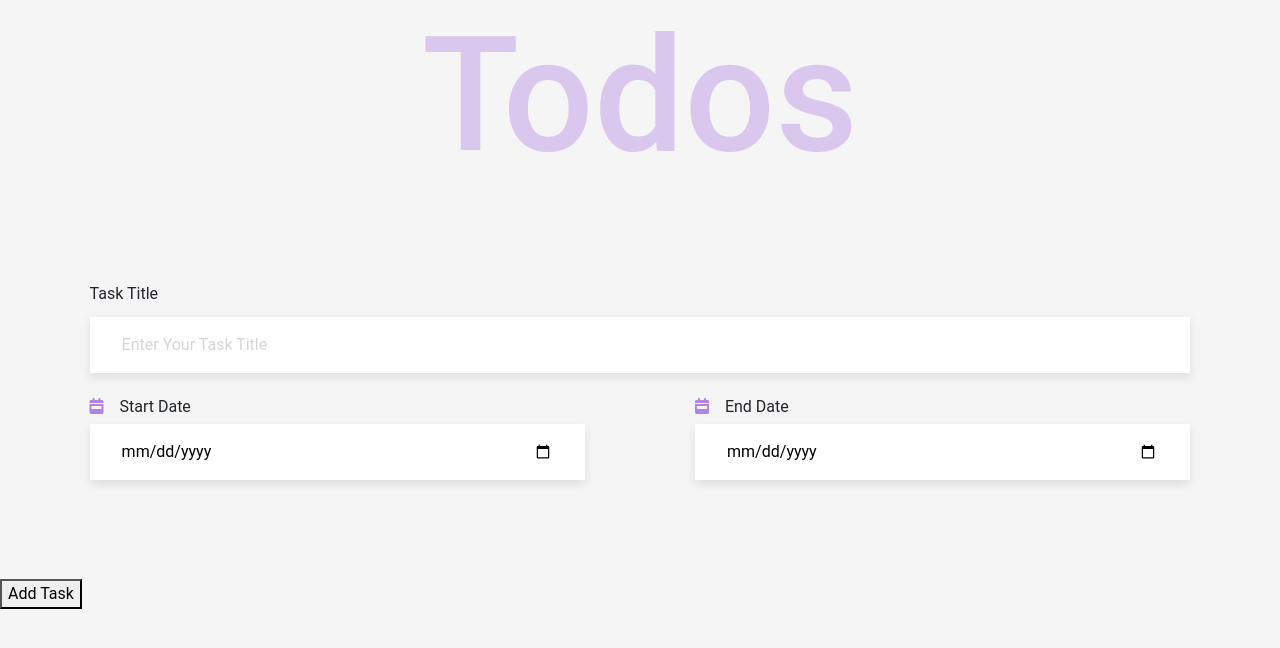
Repository: Surahailat/TypeScript
Page: Mini project 10-3/Project-TS.html
An editor plug-in stored every save of this project. The page is shown before and after a run of saves, followed by the edit.
The browser window is 1280 px wide. The pictures show the whole page.

Above is the page before, as saved 2025-03-10 14:02:04.

After the next 4 saves:
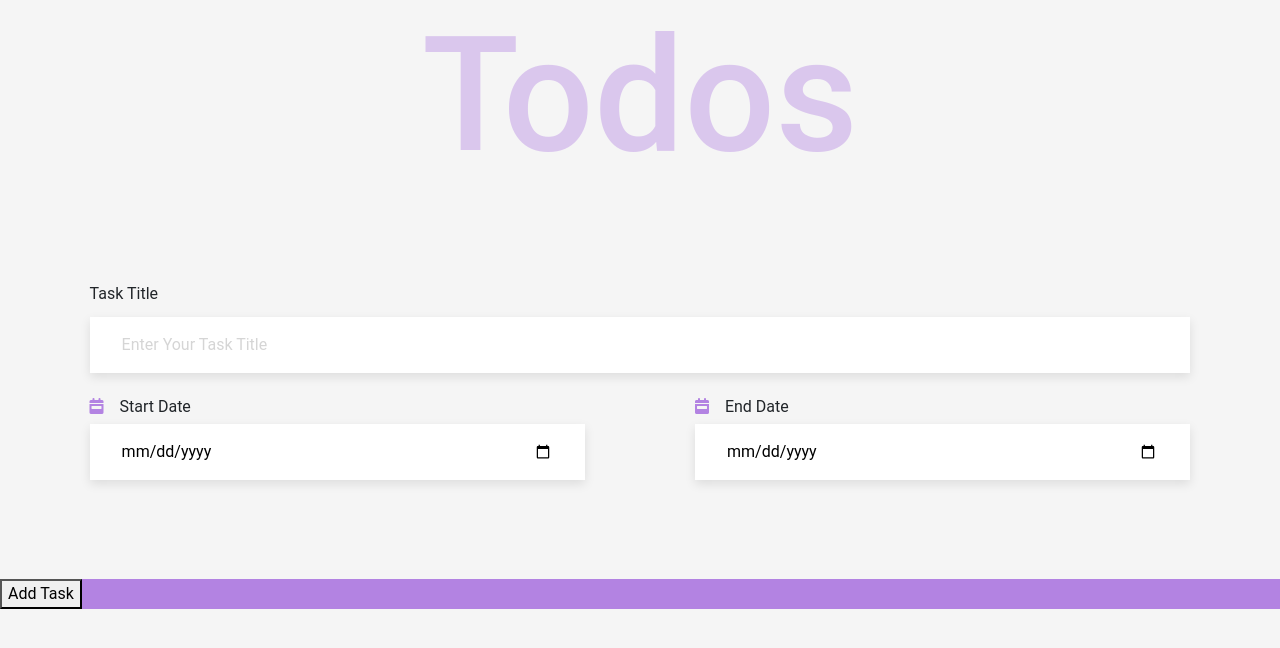
The 4 saves are shown as one change because they came seconds apart.
The last was saved 9 s later.
--- a/Mini project 10-3/Project-TS.html
+++ b/Mini project 10-3/Project-TS.html
@@ -61,6 +61,7 @@
             width: 45%;
         }
         .AddTask{
+            background-color: #b383e2;
 
         }
     </style>
